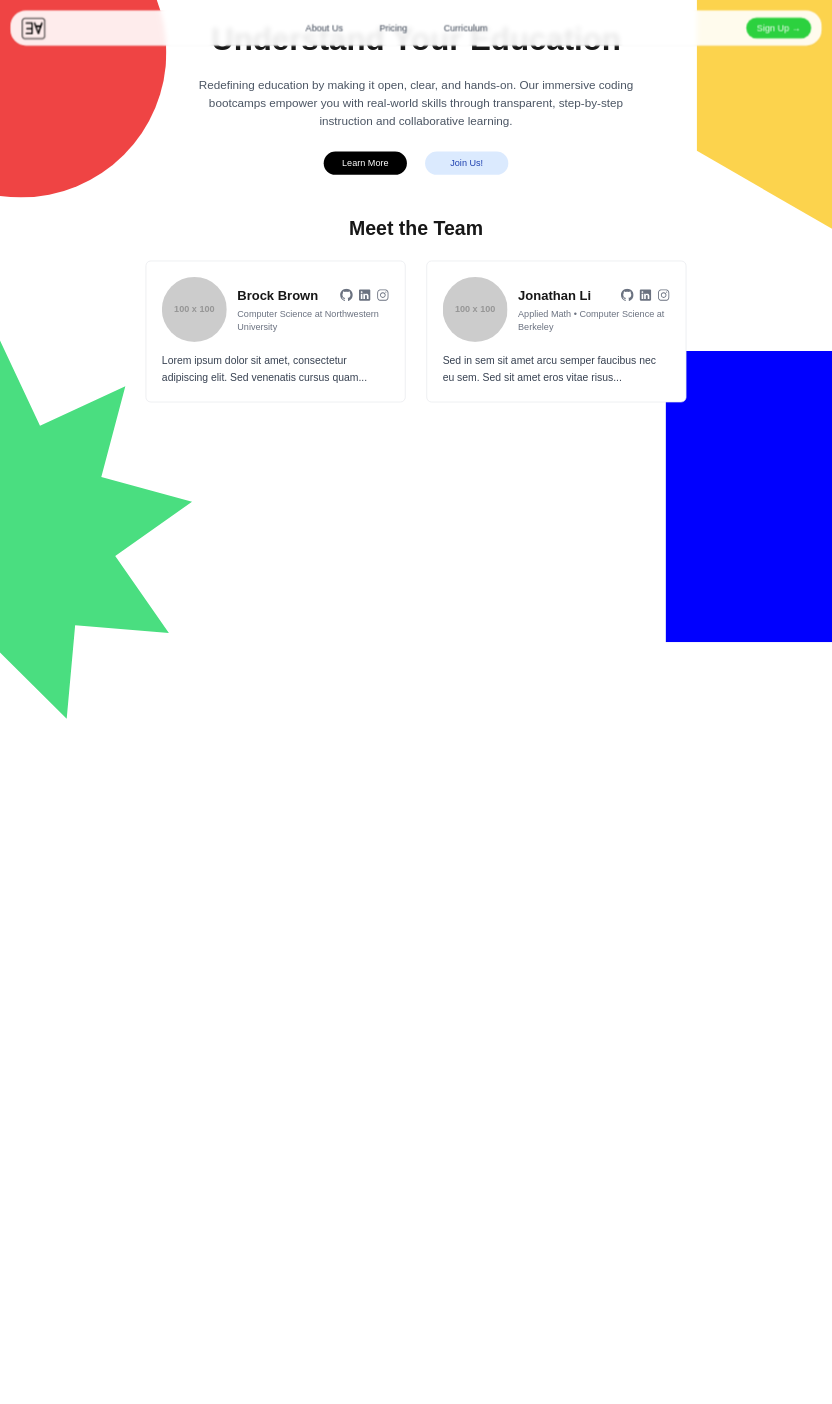
Repository: johnnyli-dev/bootcamp
Page: /
An editor plug-in stored every save of this project. The page is shown before and after the next save, followed by the edit.
The browser window is 1280 px wide. The pictures show the whole page, at 65% of full size.
The project was rebuilt for these pictures with package versions that can differ from the ones it lists, and the page was loaded fresh each time. The framework's server and built-in components were replaced by stand-ins that run in the browser. Also part of the build but not shown: next.config.ts.

Above is the page before, as saved 2025-02-22 14:33:35.

After the next save:
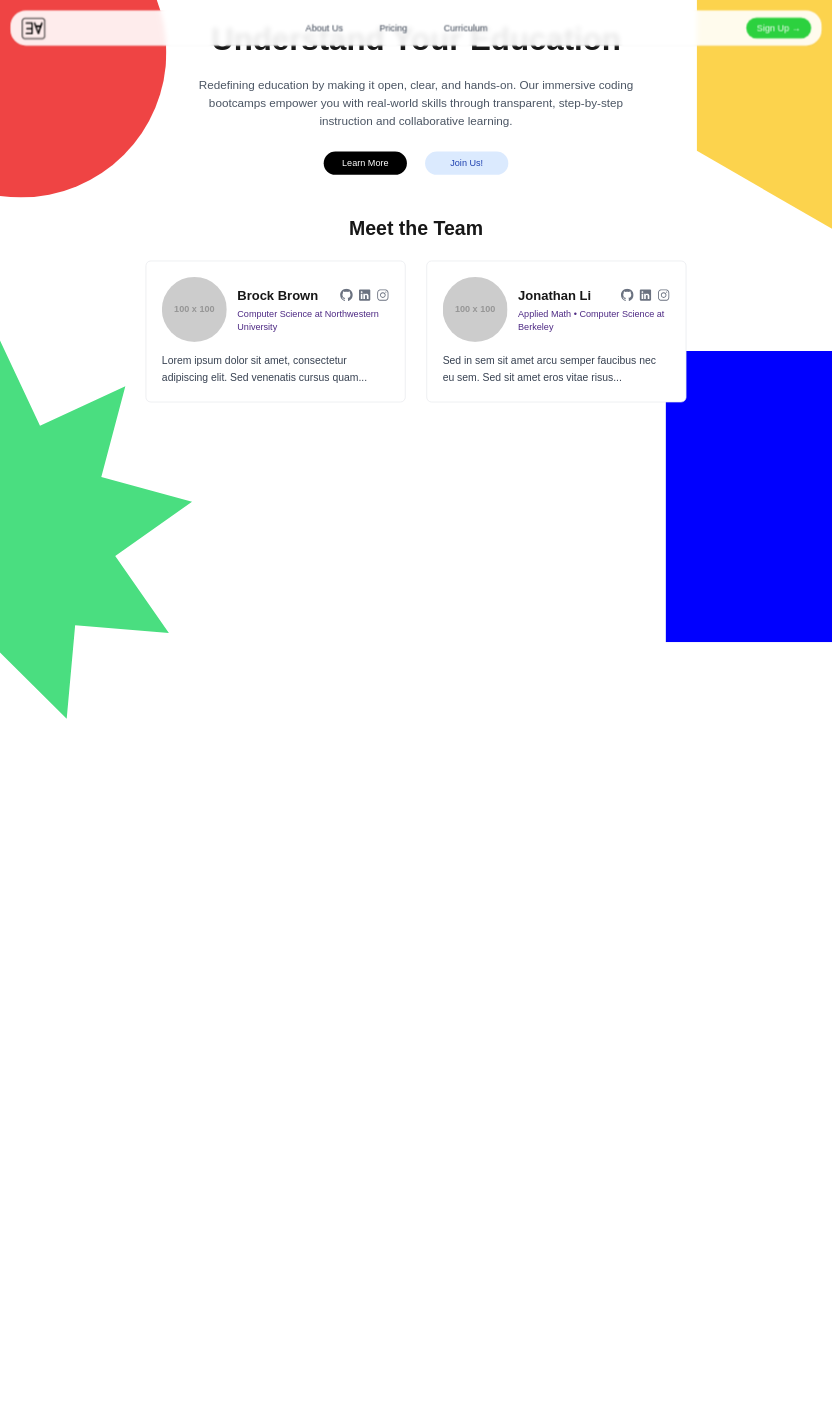
Saved 4 s later.
--- a/app/components/PCard.tsx
+++ b/app/components/PCard.tsx
@@ -52,7 +52,7 @@ export default function PCard({
 					</div>
 
                     {/* Subtitle */}
-					<p className="text-gray-500 text-sm mt-1">{subtitle}</p>
+					<p className="text-[#4E2A84] text-sm mt-1">{subtitle}</p>
 				</div>
 			</div>
 
